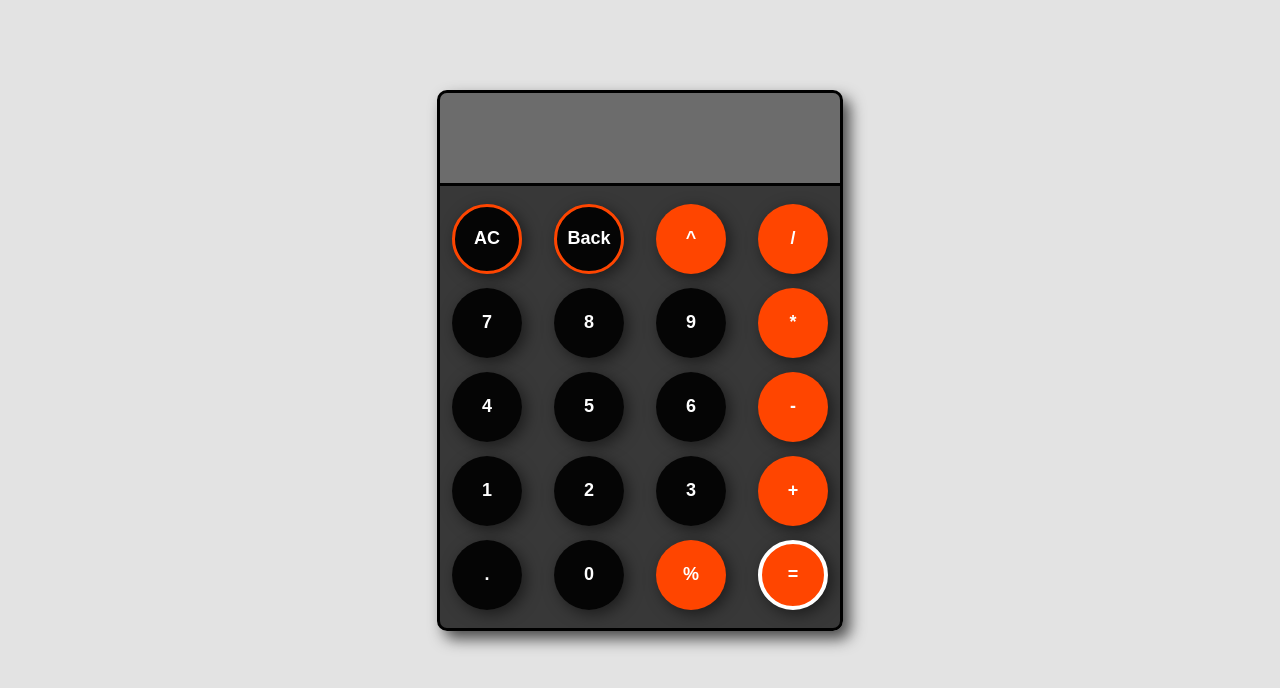
Repository: SakthivelDurai47/calculator
Page: index.html
An editor plug-in stored every save of this project. The page is shown before and after the next save, followed by the edit.
The browser window is 1280 px wide. The pictures show the whole page.

Above is the page before, as saved 2025-04-13 16:08:55.

### index.html
<!DOCTYPE html>
<html lang="en">
  <head>
    <meta charset="UTF-8" />
    <meta name="viewport" content="width=device-width, initial-scale=1.0" />
    <title>Calculator</title>
    <link rel="stylesheet" href="styles.css" />
  </head>
  <body>
    <div id="calculator">
      <input id="display" readonly />
      <div id="buttons">
        <button onclick="clearDisplay()" class="control">AC</button>
        <button onclick="removeFromDisplay()" class="control">Back</button>
        <button onclick="addToDisplay('**')" class="operator">^</button>
        <button onclick="addToDisplay('/')" class="operator">/</button>
        <button onclick="addToDisplay('7')">7</button>
        <button onclick="addToDisplay('8')">8</button>
        <button onclick="addToDisplay('9')">9</button>
        <button onclick="addToDisplay('*')" class="operator">*</button>
        <button onclick="addToDisplay('4')">4</button>
        <button onclick="addToDisplay('5')">5</button>
        <button onclick="addToDisplay('6')">6</button>
        <button onclick="addToDisplay('-')" class="operator">-</button>
        <button onclick="addToDisplay('1')">1</button>
        <button onclick="addToDisplay('2')">2</button>
        <button onclick="addToDisplay('3')">3</button>
        <button onclick="addToDisplay('+')" class="operator">+</button>
        <button onclick="addToDisplay('.')">.</button>
        <button onclick="addToDisplay('0')">0</button>
        <button onclick="addToDisplay('%')" class="operator">%</button>
        <button onclick="calculate()" class="operator result">=</button>
      </div>
    </div>
    <script src="index.js"></script>
  </body>
</html>

### styles.css
body {
  margin: 0;
  display: flex;
  justify-content: center;
  align-items: center;
  height: 100vh;
  background-color: rgb(227, 227, 227);
}
#buttons {
  display: grid;
  grid-template-columns: repeat(4, 1fr);
  gap: 8px;
  align-items: center;
  justify-items: center;
}
button {
  width: 70px;
  height: 70px;
  border-radius: 35px;
  border: none;
  background-color: rgba(0, 0, 0, 0.9);
  color: white;
  font-size: large;
  font-weight: bold;
  margin: 3px;
  margin-left: 10px;
  margin-right: 10px;
  box-shadow: 4px 4px 15px rgba(0, 0, 0, 0.5);
}
button:hover {
  background-color: rgba(255, 255, 255, 0.3);
}
button:active {
  background-color: rgba(255, 255, 255, 0.1);
}
.control {
  border: 3px solid orangered;
}
.operator {
  background-color: orangered;
}
.operator:hover {
  background-color: rgba(255, 68, 0, 0.3);
}
.operator:active {
  background-color: rgba(255, 68, 0, 0.1);
}
#calculator {
  width: 400px;
  height: auto;
  background-color: rgba(0, 0, 0, 0.751);
  border-radius: 10px;
  box-shadow: 7px 8px 15px rgba(0, 0, 0, 0.678);
  overflow: hidden;
  padding-bottom: 15px;
  border: 3px solid black;
}
#display {
  width: 100%;
  height: 70px;
  margin-bottom: 15px;
  border: none;
  background-color: rgba(137, 137, 137, 0.642);
  color: white;
  font-size: 38px;
  letter-spacing: 3px;
  font-weight: bold;
  padding: 10px;
  border-bottom: 3px solid black;
}

.result {
  border: 4px solid white;
}

### index.js
const display = document.getElementById("display");
let preValue = [""];
let errors = false;

function addToDisplay(input) {
  if (!errors) {
    display.value += input;
    preValue.push(display.value);
  } else {
    display.value = "";
    preValue = [""];
    errors = false;
    addToDisplay(input);
  }
}

function clearDisplay() {
  display.value = "";
  preValue = [""];
  errors = false;
}

function removeFromDisplay() {
  if (preValue.length > 1) {
    preValue.pop();
    display.value = preValue[preValue.length - 1];
    console.log(preValue);
  }
}

function calculate() {
  try {
    display.value = eval(display.value);
    if (display.value == Infinity) {
      throw new Error();
    }
  } catch (error) {
    display.value = "error";
    errors = true;
  }
}

After the next save:
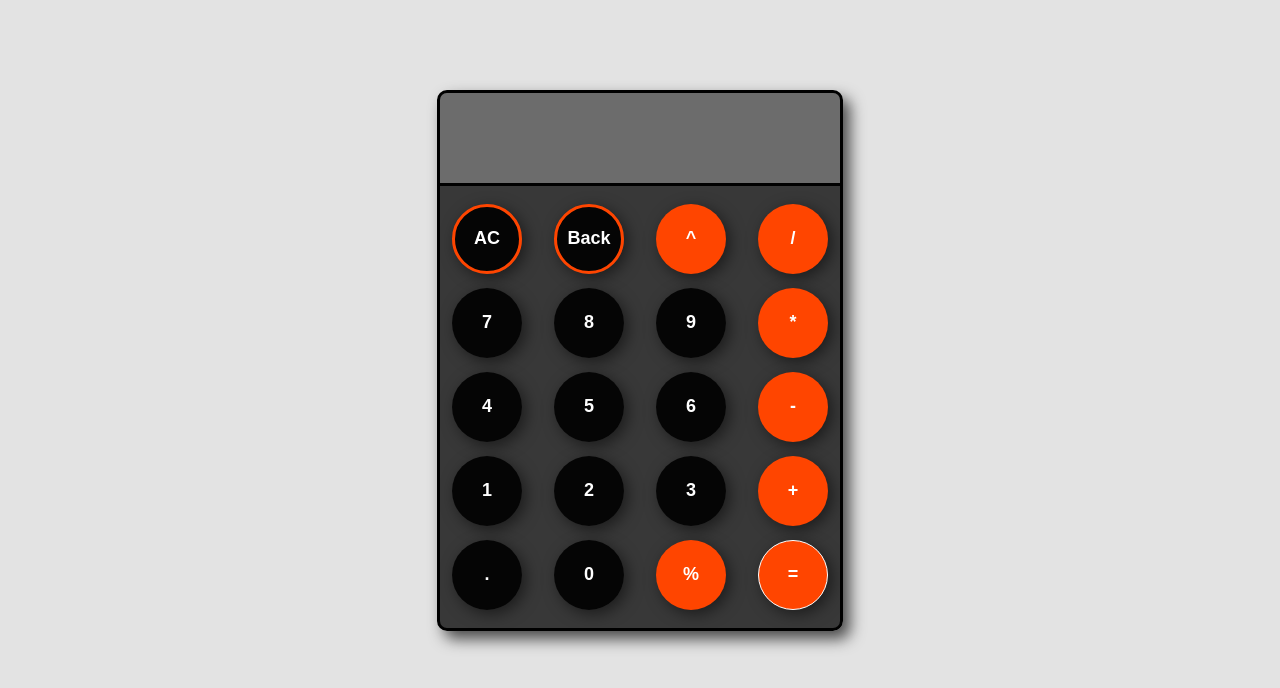
Saved 13 s later.
--- a/styles.css
+++ b/styles.css
@@ -70,5 +70,5 @@ button:active {
 }
 
 .result {
-  border: 4px solid white;
+  border: 1px solid white;
 }
